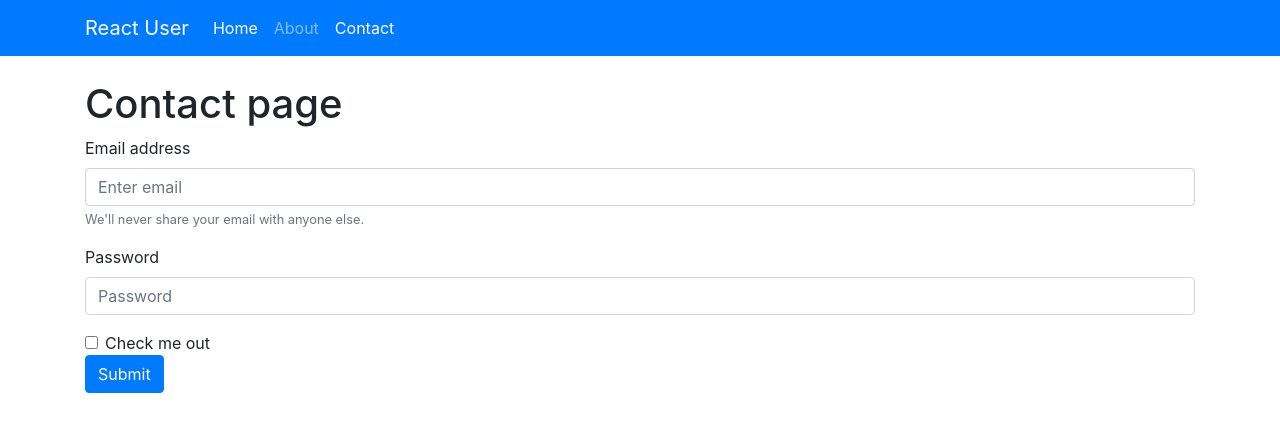
Repository: hardik2626/reactcrud2020
Page: /contact
An editor plug-in stored every save of this project. The page is shown before and after the next save, followed by the edit.
The browser window is 1280 px wide. The pictures show the whole page.
The project was rebuilt for these pictures with package versions that can differ from the ones it lists, and the page was loaded fresh each time. Also part of the build but not shown: src/index.css, src/App.css, src/component/pages/Home.js, src/component/pages/About.js.

Above is the page before, as saved 2020-10-28 17:58:33.

After the next save:
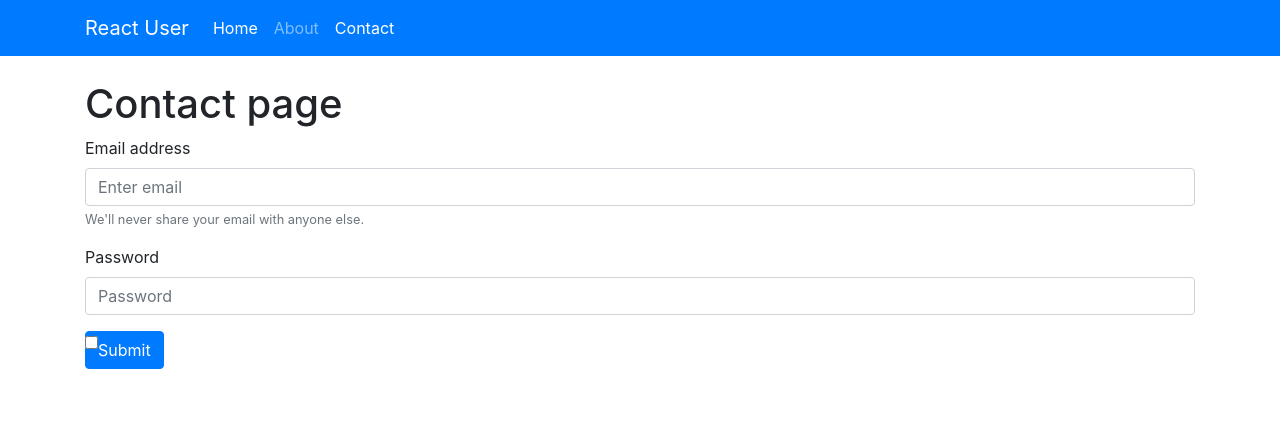
Saved 15 s later.
--- a/src/component/pages/Contact.js
+++ b/src/component/pages/Contact.js
@@ -18,7 +18,7 @@ const Contact = () => {
                         </div>
                         <div class="form-check">
                             <input type="checkbox" class="form-check-input" id="exampleCheck1" />
-                            <label class="form-check-label" for="exampleCheck1">Check me out</label>
+
                         </div>
                         <button type="submit" class="btn btn-primary">Submit</button>
                     </form>
